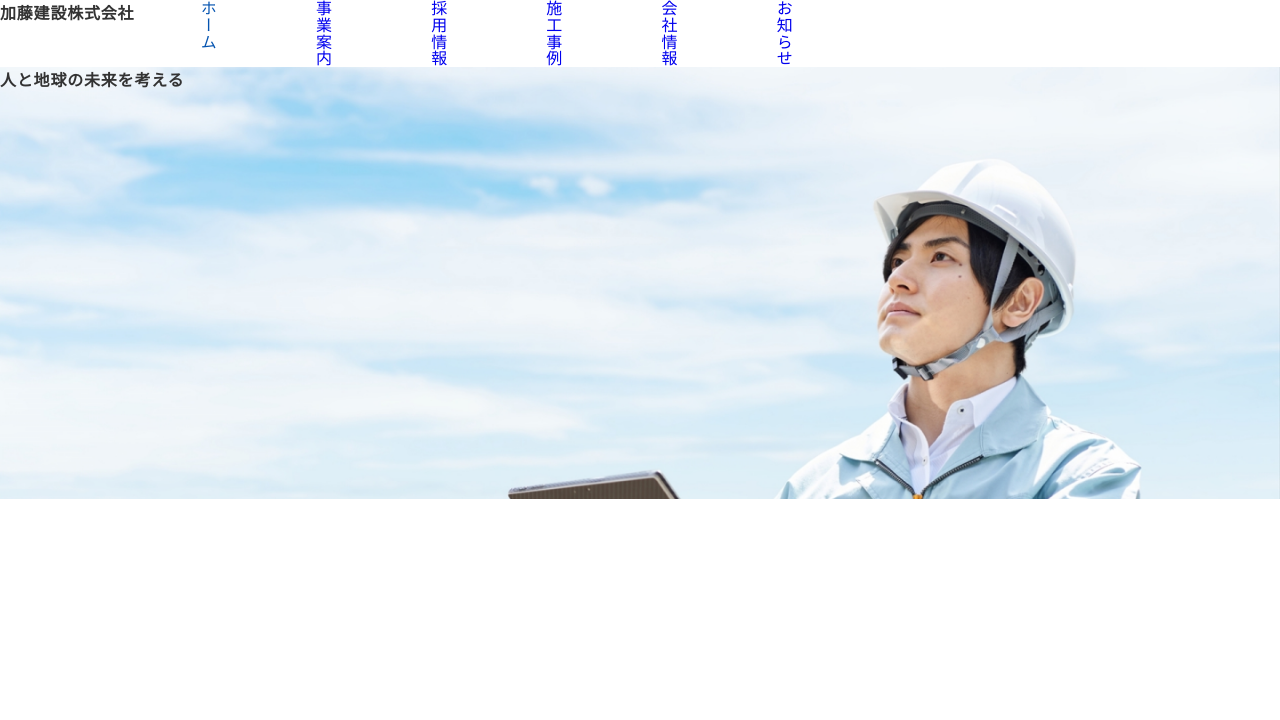
Repository: nozomi-23/hp1_test
Page: index.html
The author's editor kept a copy of each file at every save. The page is drawn from the files as they stood at one save, then again after the next save.
The browser window is 1280 px wide. The pictures show the whole page.

Above is the page before, as saved 2022-06-12 09:39:59.

### index.html
<!DOCTYPE html>
<html lang="ja">
<head>
<meta charset="UTF-8">
<title>加藤建設 株式会社</title>
<meta name="description" content="人と地球の未来を考える 加藤建設 株式会社">
<meta name="keywords" content="建築,土木,インフラ">
<meta name="viewport" content="width=device-width, initial-scale=1.0">
<meta property="og:title" content="建築依頼なら「加藤建設 株式会社」">
<meta property="og:type" content="article">
<meta property="og:url" content="https://withcode-plus.tech">
<meta property="og:image" content="img/logo.png">
<meta property="og:description" content="確かな技術力が自慢、インフラから地域貢献まで加藤建設にお任せ下さい">
<meta property="og:site_name" content="加藤建設 株式会社">
<link rel="icon" href="img/favicon.ico">
<link rel="apple-touch-icon" sizes="180x180" href="img/logo.png">
<link rel="stylesheet" type="text/css" href="css/reset.css">
<link rel="stylesheet" type="text/css" href="css/common1.css">
<link rel="stylesheet" type="text/css" href="css/index.css">
</head>
<body>
  <!-- =========header -->
  <header>
    <div class="header_wrapper">
      <div class="header_inner">
        <h1 class="header_left">加藤建設株式会社</h1>
        <nav class="header_right" >
          <ul class="header_list">
            <li><a href="#" class="color">ホーム</a></li>
            <li><a href="html/business.html">事業案内</a></li>
            <li><a href="html/recruit.html">採用情報</a></li>
            <li><a href="html/work.html">施工事例</a></li>
            <li><a href="html/company.html">会社情報</a></li>
            <li><a href="html/news.html">お知らせ</a></li>
          </ul>
        </nav>
      </div>
    </div>
  </header>
  <!-- =========main_view -->
  <main>
    <section class="main_wrapper">
      <div class="main_img">
        <h2>人と地球の未来を考える</h2>
      </div>
    </section>
  </main>
</body>
</html>

### css/reset.css
@charset "UTF-8";

html,
body,
div,
span,
object,
iframe,
h1,
h2,
h3,
h4,
h5,
h6,
p,
blockquote,
pre,
abbr,
address,
cite,
code,
del,
dfn,
em,
img,
ins,
kbd,
q,
samp,
small,
strong,
sub,
sup,
var,
b,
i,
dl,
dt,
dd,
ol,
ul,
li,
fieldset,
form,
label,
legend,
table,
caption,
tbody,
tfoot,
thead,
tr,
th,
td,
article,
aside,
canvas,
details,
figcaption,
figure,
footer,
header,
hgroup,
menu,
nav,
section,
summary,
time,
mark,
audio,
video {
  margin: 0;
  padding: 0;
  border: 0;
  outline: 0;
  font-size: 100%;
  vertical-align: baseline;
  background: transparent;
}

body {
  line-height: 1;
}

article,
aside,
details,
figcaption,
figure,
footer,
header,
hgroup,
menu,
nav,
section {
  display: block;
}

nav ul {
  list-style: none;
}

blockquote,
q {
  quotes: none;
}

blockquote:before,
blockquote:after,
q:before,
q:after {
  content: '';
  content: none;
}

a {
  margin: 0;
  padding: 0;
  font-size: 100%;
  vertical-align: baseline;
  background: transparent;
}

/* change colours to suit your needs */
ins {
  background-color: #ff9;
  color: #000;
  text-decoration: none;
}

/* change colours to suit your needs */
mark {
  background-color: #ff9;
  color: #000;
  font-style: italic;
  font-weight: bold;
}

del {
  text-decoration: line-through;
}

abbr[title],
dfn[title] {
  border-bottom: 1px dotted;
  cursor: help;
}

table {
  border-collapse: collapse;
  border-spacing: 0;
}

/* change border colour to suit your needs */
hr {
  display: block;
  height: 1px;
  border: 0;
  border-top: 1px solid #cccccc;
  margin: 1em 0;
  padding: 0;
}

input,
select {
  vertical-align: middle;
}

### css/common1.css
@charset "UTF-8";

body {
  color: #333;
  letter-spacing: 0.05em;
  line-height: 1.8;
}
li {
  list-style: none;
}

a {
  text-decoration: none;
}

### css/index.css
@charset "UTF-8";

/* =================
header
===================*/
.header_inner {
  display: flex;

}
.header_list {
  display: table;
}
.header_list li {
  display: table-cell;
  writing-mode: vertical-rl;
}
.color {
  color: #0554B0;
}


/* =================
main_view
===================*/
.main_wrapper {
  background: url(../img/top_img.png)no-repeat ;
  background-size: cover;
  width: 100%;
  height: 60vh;
}

After the next save:
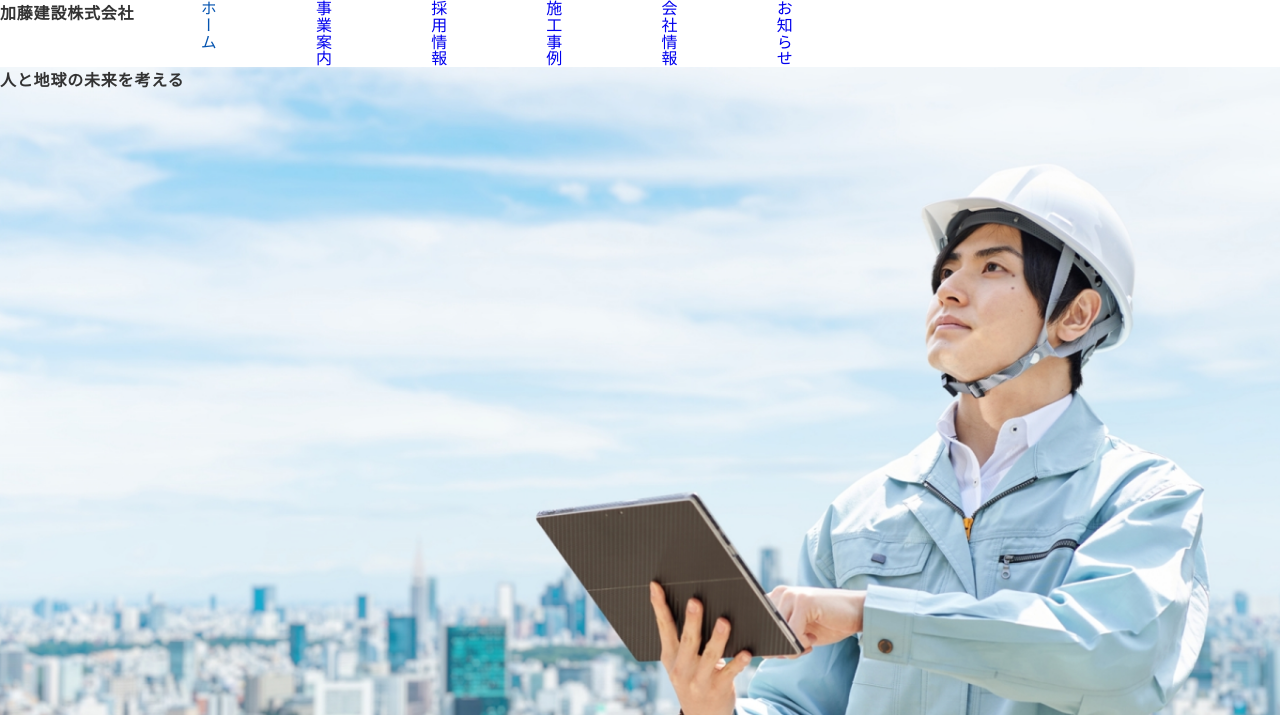
Saved 27 s later.
--- a/css/index.css
+++ b/css/index.css
@@ -26,5 +26,5 @@
   background: url(../img/top_img.png)no-repeat ;
   background-size: cover;
   width: 100%;
-  height: 60vh;
+  height: 90vh;
 }
